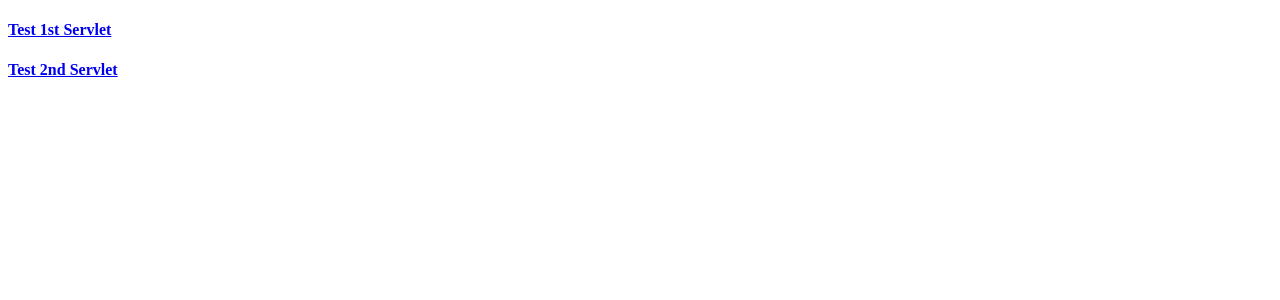
Repository: Vivek0000singh/Adavance-Java
Page: day3_web/src/main/webapp/index.html
An editor plug-in stored every save of this project. The page is shown before and after the next save, followed by the edit.
The browser window is 1280 px wide. The pictures show the whole page.

Above is the page before, as saved 2025-10-15 10:45:25.

### day3_web/src/main/webapp/index.html
<!DOCTYPE html>
<html>
<head>
<meta charset="UTF-8">
<title>Home Page</title>
</head>
<body>
	<h4>
		<a href="first">Test 1st Servlet</a>
	</h4>
		<h4>
		<a href="second">Test 2nd Servlet</a>
	</h4>

</body>
</html>

After the next save:
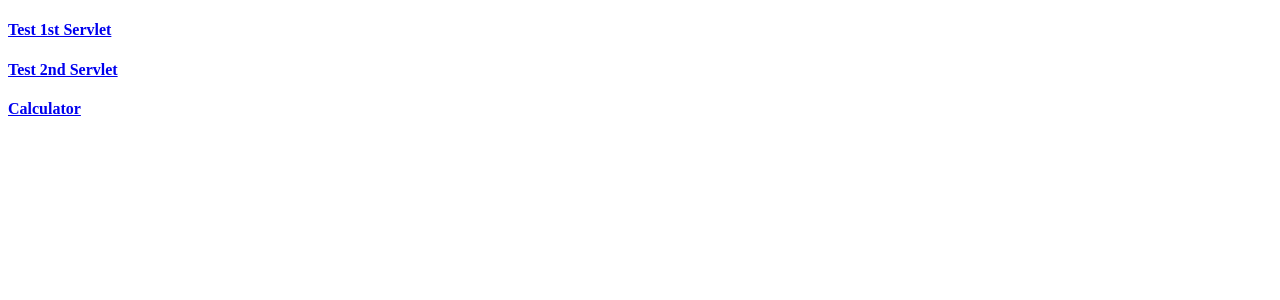
Saved 2 min 53 s later.
--- a/day3_web/src/main/webapp/index.html
+++ b/day3_web/src/main/webapp/index.html
@@ -11,6 +11,9 @@
 		<h4>
 		<a href="second">Test 2nd Servlet</a>
 	</h4>
+	<h4>
+		<a href="calc.html">Calculator</a>
+	</h4>
 
 </body>
 </html>
